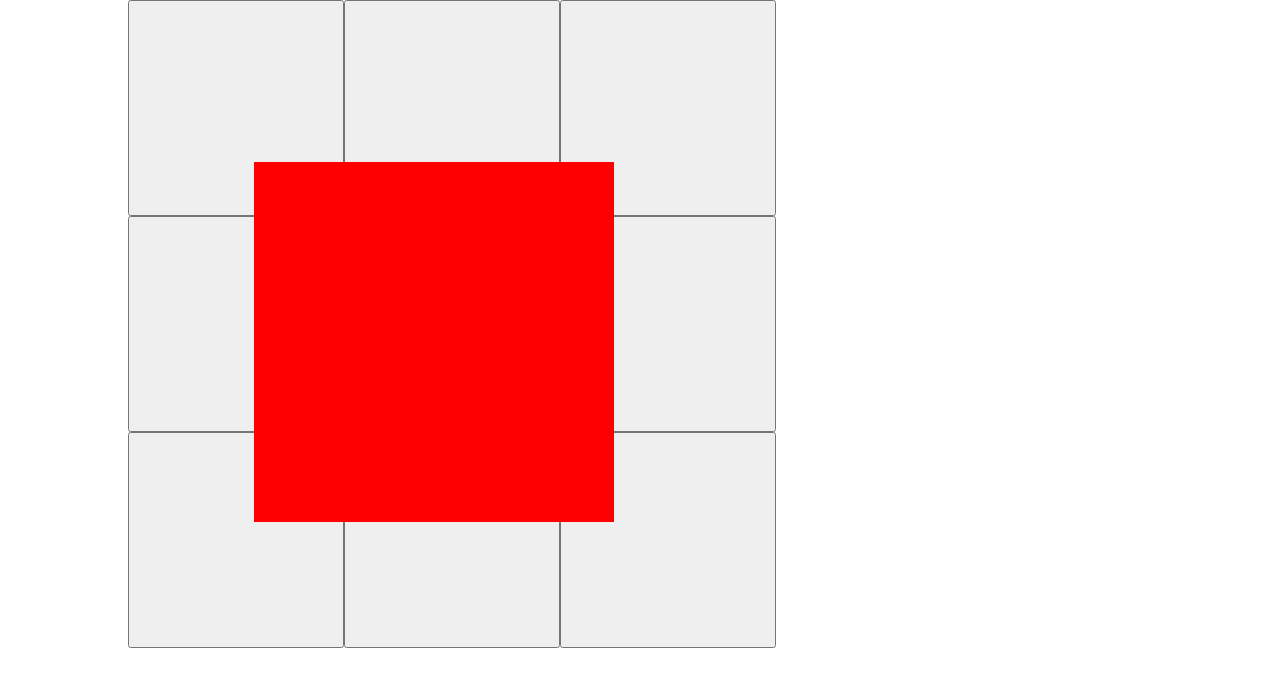
Repository: napan24/tic-tac-toe
Page: /
These files come from the project's save history. The page is drawn as it stood at one moment and after a run of saves; the edit follows.
The browser window is 1280 px wide. The pictures show the whole page.
The project was rebuilt for these pictures with package versions that can differ from the ones it lists, and the page was loaded fresh each time. Also part of the build but not shown: src/App.css.

Above is the page before, as saved 2022-06-14 16:59:57.

### src/App.js
import {useEffect} from 'react';
import logo from './logo.svg';
import './App.css';
import { FontAwesomeIcon } from '@fortawesome/react-fontawesome';
import { faXmark } from '@fortawesome/free-solid-svg-icons';
import { faCircle } from '@fortawesome/free-regular-svg-icons';
import './tik.css';
import { useState } from 'react';
import cross from './cross.jpeg';
import circle from './circle.png';
/* <FontAwesomeIcon icon={faXmark} size="5x" /> */
/* <FontAwesomeIcon icon={faCircle} size="5x"/> */

// const cl=event.currentTarget.id;
// const el = document.getElementById(cl);
// el.append(a);
function App() {
  const [board,setBoard]=useState([[" "," "," "],[" "," "," "],[" "," "," "]]);
  const [curr,setCurr]=useState(false);
  const [c,setC]=useState(null);
  const [row,setRow]=useState(0);
  const [col,setCol]=useState(0);
  const [win,setWin]=useState(false);
  function update(r,c){
    setBoard((prevstate)=>{
      let newBoard=[...prevstate];
      newBoard[r][c]=curr?"/":"+";
      return newBoard;
    });
    setRow(r);
    setCol(c);
  }
  useEffect(() => {
    func();
  }, [board])
  // useEffect(() => {

  // }, [win])

  function func(){
    if(board[row][col]===" "){
      return;
    }
    let count=0;
    let i=row;
    while(i<3){
      if(board[i][col]==board[row][col]){
        count++;
      }
      i++;
    }
    if(count==3){
      console.log('a');
      setWin(true);
    }
    count--;
    i=row;
    while(i>=0){
      if(board[i][col]==board[row][col]){
        count++;
      }
      i--;
    }
    console.log(count);
    if(count==3){
      console.log('a');
      setWin(true);
    }
    let j=col;
    count=0;
    while(j<3){
      if(board[row][j]==board[row][col]){
        count++;
      }
      j++;
    }
    if(count==3){
      console.log('a');
      setWin(true);
    }
    count--;
    j=col;
    while(j>=0){
      if(board[row][j]==board[row][col]){
        count++;
      }
      j--;
    }
    console.log(count);
    if(count==3){
      console.log('a');
      setWin(true);
    }
  }
  const handleClick = event => {
    const cl=event.currentTarget.id;
    document.getElementById(cl).style.background =curr?"url("+cross+")":"url("+circle+")";
    document.getElementById(cl).style.backgroundSize="cover";
    document.getElementById(cl).style.backgroundRepeat="no-repeat";
    let a;
    if(cl=="r1column1"){
      update(0,0);
    }
    if(cl=="r1column2"){
      update(0,1);
    }
    if(cl=="r1column3"){
      update(0,2);
    }
    if(cl=="r2column1"){
      update(1,0);
    }
    if(cl=="r2column2"){
      update(1,1);
    }
    if(cl=="r2column3"){
      update(1,2);
    }
    if(cl=="r3column1"){
      update(2,0);
    }
    if(cl=="r3column2"){
      update(2,1);
    }
    if(cl=="r3column3"){
      update(2,2);
    }
    setCurr(!curr);
  };
  const box={
    height:"30vmin",
    width:"30vmin"
  }
  return (
    <>
    <div id="mainblock">
      <div id="win" style={{backgroundColor:"red",height:"50vmin",width:"50vmin",position:"absolute",right:"25%",top:"25%"}}>
      </div>
      <div id="row1" style={{ display: "flex", justifyContent: "center", alignContent: "center" }}>
        <button id="r1column1" onClick={handleClick} style={box}></button>
        <button id="r1column2" onClick={handleClick} style={box}></button>
        <button id="r1column3" onClick={handleClick} style={box}></button>
      </div>
      <div id="row2" style={{ display: "flex", justifyContent: "center", alignContent: "center" }}>
        <button id="r2column1" onClick={handleClick} style={box}></button>
        <button id="r2column2" onClick={handleClick} style={box}></button>
        <button id="r2column3" onClick={handleClick} style={box}></button>
      </div>
      <div id="row" style={{ display: "flex", justifyContent: "center", alignContent: "center" }}>
        <button id="r3column1" onClick={handleClick} style={box}></button>
        <button id="r3column2" onClick={handleClick} style={box}></button>
        <button id="r3column3" onClick={handleClick} style={box}></button>
      </div>
    </div>
    </>
  );
}

export default App;

### src/tik.css
@media (max-width:500px) {
    #mainblock{
        position:relative;
        left:5vw;
        display: inline-block;
    }
}
@media (max-width:2560px) and (min-width:501px){
    #mainblock{
        position: relative;
        left:10vw;
        display: inline-block;
    }
}

Loaded but not shown: public/index.html (common file); src/index.js (common file); src/index.css (common file); src/reportWebVitals.js (common file)

After the next 2 saves:
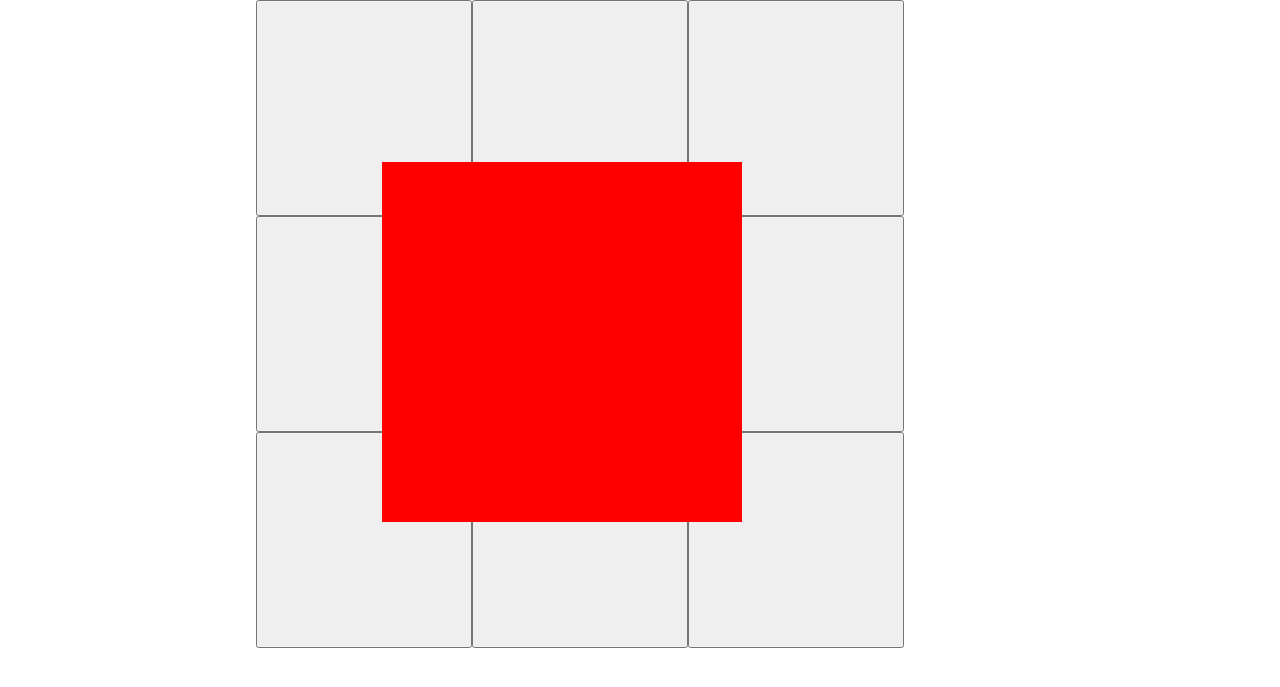
The 2 saves are shown as one change because they came seconds apart.
The last was saved 21 s later.
--- a/src/tik.css
+++ b/src/tik.css
@@ -8,7 +8,7 @@
 @media (max-width:2560px) and (min-width:501px){
     #mainblock{
         position: relative;
-        left:10vw;
+        left:20vw;
         display: inline-block;
     }
 }
